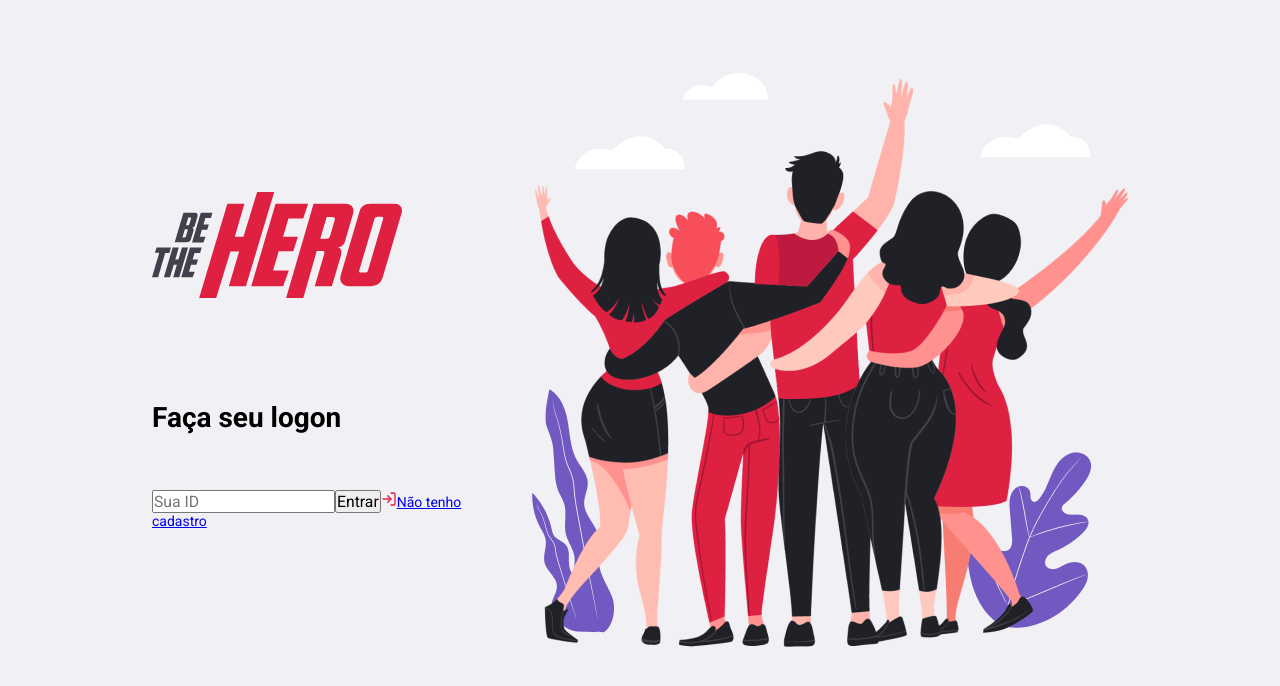
Repository: lucas-silva-dev/be-the-hero
Page: / (app in frontend/)
The author's editor kept a copy of each file at every save. The page is drawn from the files as they stood at one save, then again after the next save.
The browser window is 1280 px wide. The pictures show the whole page.
The project was rebuilt for these pictures with package versions that can differ from the ones it lists, and the page was loaded fresh each time.

Above is the page before, as saved 2020-03-25 22:11:16.

### frontend/public/index.html
<!DOCTYPE html>
<html lang="en">

<head>
  <meta charset="utf-8" />
  <!-- <link rel="icon" href="%PUBLIC_URL%/favicon.ico" /> -->
  <meta name="viewport" content="width=device-width, initial-scale=1" />
  <meta name="theme-color" content="#000000" />

  <title>Be The Hero</title>
</head>

<body>
  <noscript>You need to enable JavaScript to run this app.</noscript>
  <div id="root"></div>

</body>

</html>

### frontend/src/App.js
import React from 'react';

import './global.css'

import Logon from './pages/Logon'

function App() {
  return (
    <Logon />
  );
}

export default App;

### frontend/src/global.css
@import url("https://fonts.googleapis.com/css?family=Roboto:400,500,700&display=swap");

* {
  margin: 0;
  padding: 0;
  outline: 0;
  box-sizing: border-box;
}

body {
  font: 400 0.875em Roboto, sans-serif;
  background: #f0f0f5;
  -webkit-font-smothing: antialiased;
}

input,
button,
textarea {
  font: 400 1.125em Roboto, sans-serif;
}

button {
  cursor: pointer;
}

### frontend/src/pages/Logon/index.js
import React from 'react';
import { FiLogIn } from 'react-icons/fi';

import './styles.css'

import logoImg from '../../assets/logo.svg'
import heroesImg from '../../assets/heroes.png'

export default function Logon() {
  return (
    <div className="logon-container">
      <section className="form">
        <img src={logoImg} alt="Be The Hero Logo" />

        <form action="">
          <h1>Faça seu logon</h1>

          <input placeholder="Sua ID" />
          <button type="submit">Entrar</button>

          <a href="/register">
            <FiLogIn size={16} color="#E02041" />
            Não tenho cadastro
          </a>
        </form>
      </section>

      <img src={heroesImg} alt="Heroes" />
    </div>
  );
}

### frontend/src/pages/Logon/styles.css
.logon-container {
  width: 100%;
  max-width: 1120px;
  height: 100vh;
  margin: 0 auto;

  display: flex;
  align-items: center;
  justify-content: center;
}

.logon-container section.form {
  width: 100%;
  max-width: 350px;
  margin-right: 30px;
}

.logon-container section.form form {
  margin-top: 100px;
}

.logon-container section.form form h1 {
  font-size: 2em;
  margin-bottom: 2em;
}

Loaded but not shown: frontend/src/index.js (common file)

After the next save:
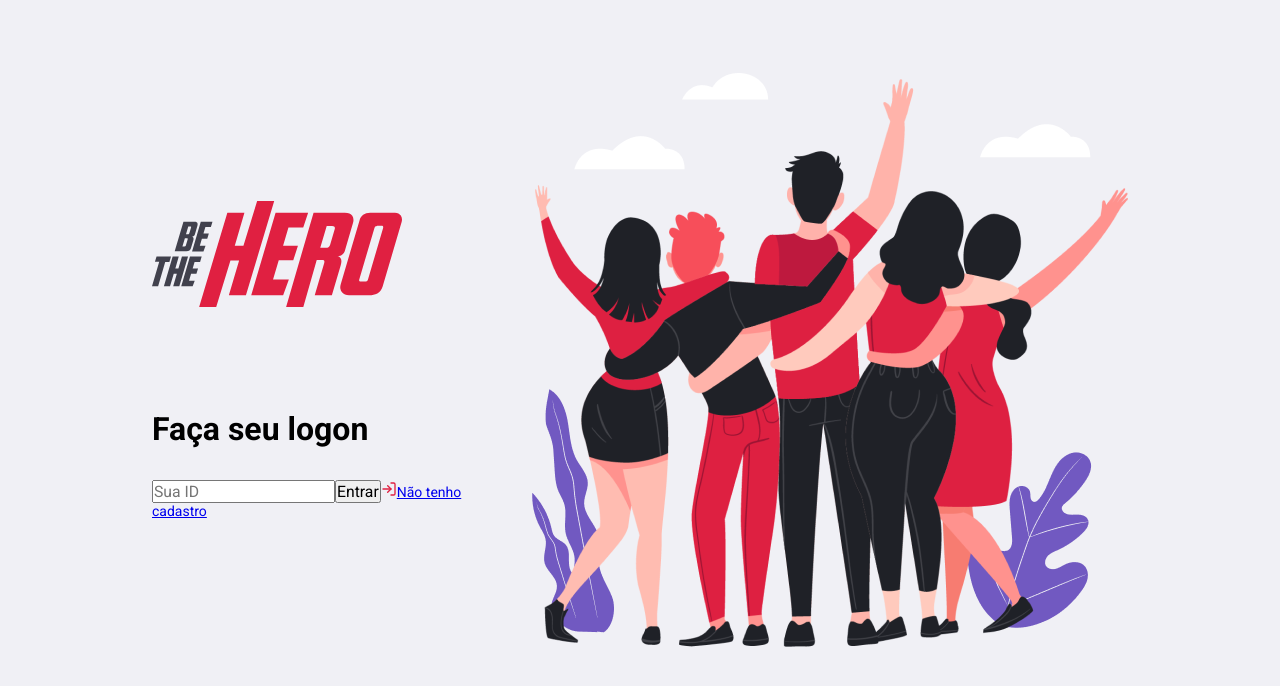
Saved 14 s later.
--- a/frontend/src/pages/Logon/styles.css
+++ b/frontend/src/pages/Logon/styles.css
@@ -20,6 +20,6 @@
 }
 
 .logon-container section.form form h1 {
-  font-size: 2em;
-  margin-bottom: 2em;
+  font-size: 32px;
+  margin-bottom: 32px;
 }
